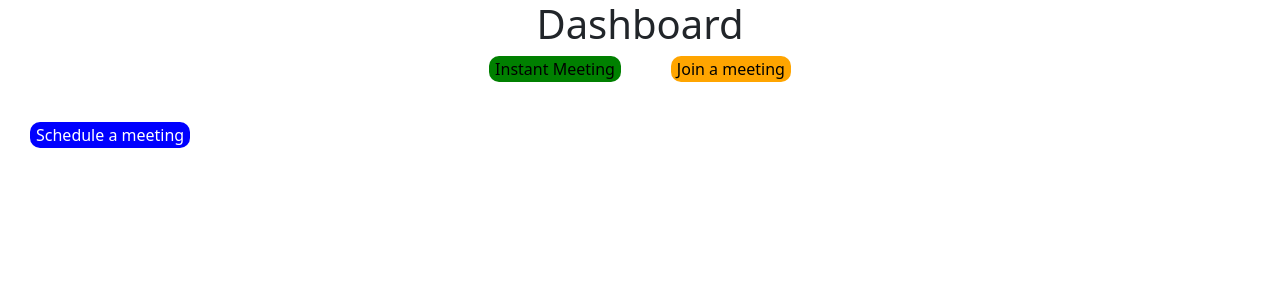
Repository: sreech465/myexam
Page: /
These files come from the project's save history. The page is drawn as it stood at one moment and after the next save; the edit follows.
The browser window is 1280 px wide. The pictures show the whole page.
The project was rebuilt for these pictures with package versions that can differ from the ones it lists, and the page was loaded fresh each time. Also part of the build but not shown: src/Jmeet.js, src/Smeet.js, src/Joinmeet.js.

Above is the page before, as saved 2023-01-14 17:28:24.

After the next save:
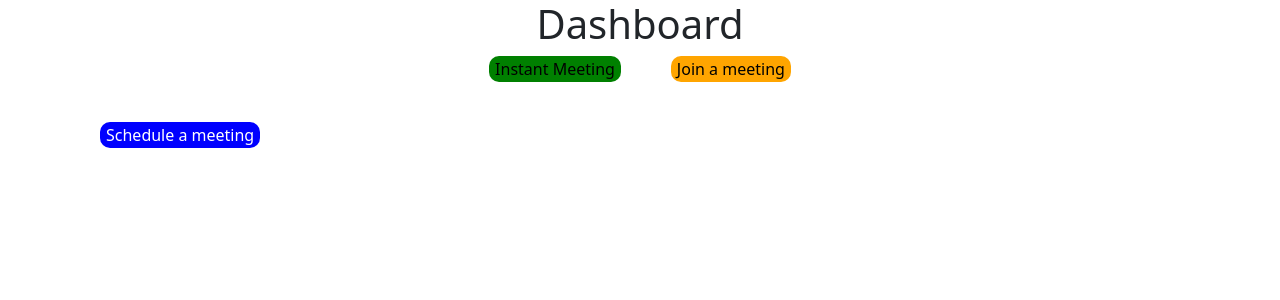
Saved 10 s later.
--- a/src/Details.js
+++ b/src/Details.js
@@ -45,7 +45,7 @@ const Details = () => {
           border: "none",
           marginTop: 40,
           position: "fixed",
-          left: 30,
+          left: 100,
           borderRadius: 10,
           justifyContent: "center",
         }}
